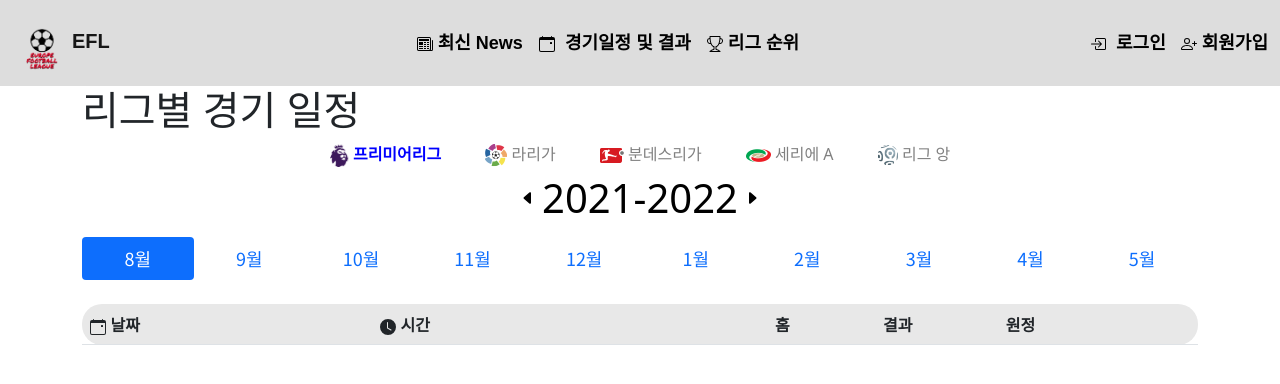
Repository: kylekimkim/uefa_project
Page: http://localhost/match/2122/list
These files come from the project's save history. The page is drawn as it stood at one moment and after the next save; the edit follows.
The browser window is 1280 px wide. The pictures show the whole page.
Some web fonts or font styles are not loaded; a fallback is used. The page is this project's Thymeleaf template; nobody is signed in. The template is opened directly, without the code that normally fills it, so the values that code supplies are empty.

Above is the page before, as saved 2022-07-22 08:14:03.

After the next save:
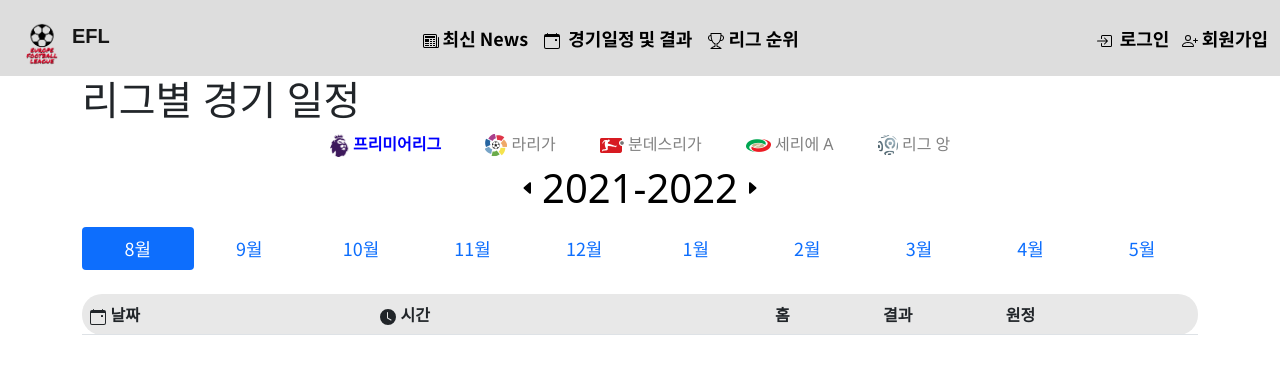
Saved 63 s later.
--- a/uefa_project/src/main/resources/templates/header_nav.html
+++ b/uefa_project/src/main/resources/templates/header_nav.html
@@ -31,8 +31,8 @@
 	</style>
 	<body>
 		<nav class="navbar navbar-expand-lg navbar-light" style="background-color:rgb(221, 221, 221);">
-			<div class="container-fluid" style="font-family:'Mochiy Pop One', sans-serif;" >
-			    <a class="navbar-brand" href="/"><img src="/img/logo.png" alt="league_image" width=60px;>EFL</a>
+			<div class="container-fluid">
+			    <span style="font-family:'Mochiy Pop One', sans-serif;" ><a class="navbar-brand" href="/"><img src="/img/logo.png" alt="league_image" width=60px;>EFL</a></span>
 				<div class="collapse navbar-collapse justify-content-between" id="navbarNavDropdown">
 					<ul class="navbar-nav"  style="margin:auto">
 						<li class="nav-item" style="margin:auto">
